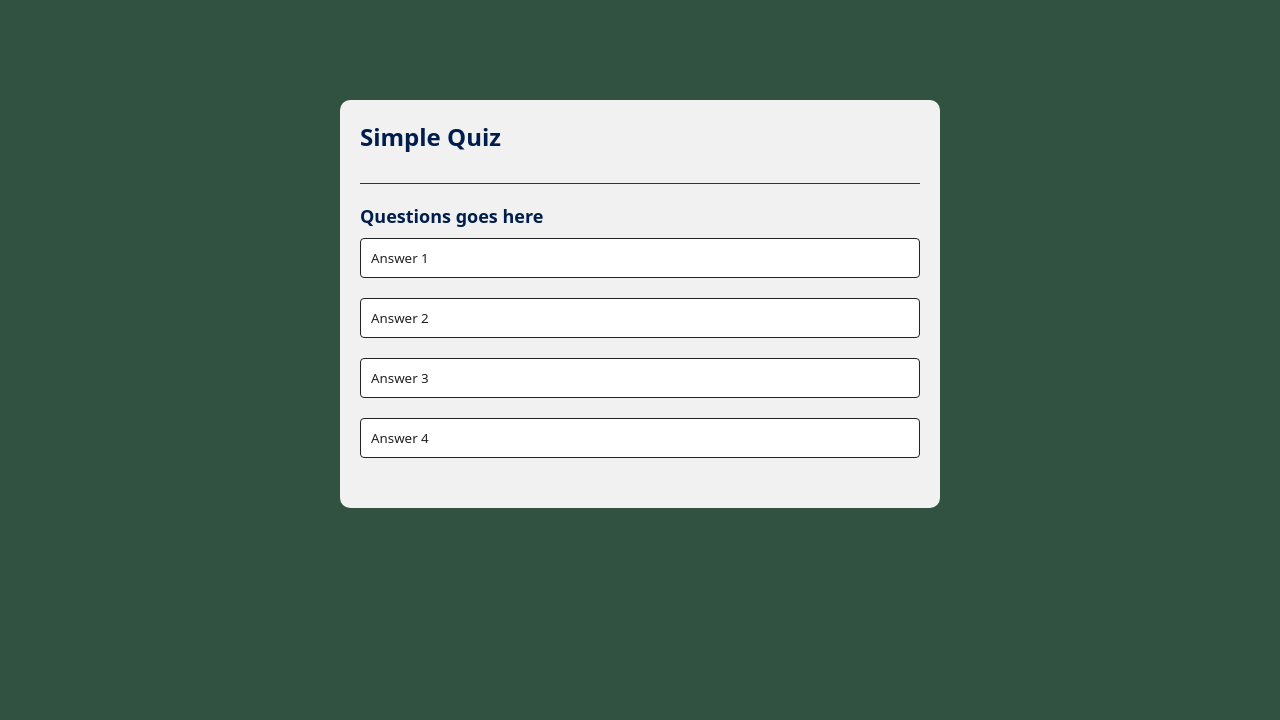
Repository: VickyJacob23/Quiz-App
Page: index.html
The author's editor kept a copy of each file at every save. The page is drawn from the files as they stood at one save, then again after the next save.
The browser window is 1280 px wide. The pictures show the whole page.

Above is the page before, as saved 2024-08-05 16:40:27.
Console error: ReferenceError: getElementById is not defined

After the next save:
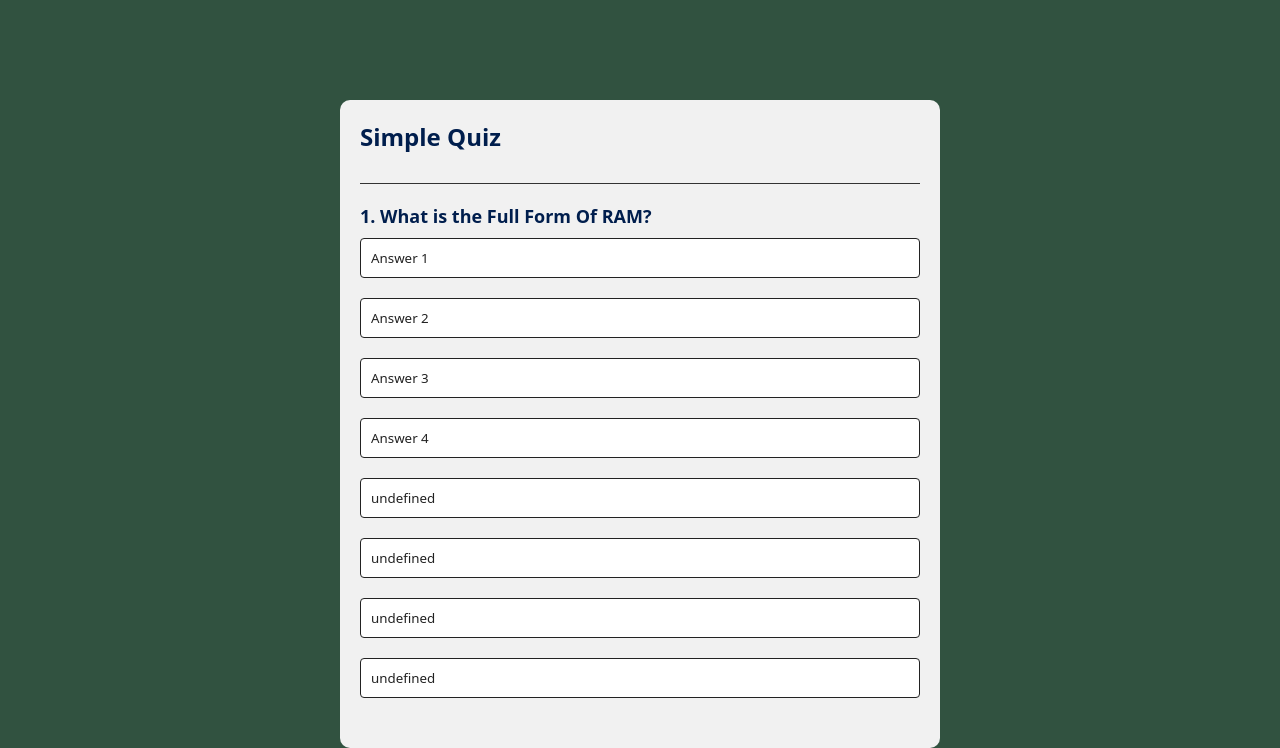
The error is gone.
Saved 113 s later.
--- a/script.js
+++ b/script.js
@@ -64,9 +64,9 @@ let questions = [
 ];
 
 //invoking the id from the html element
-const questionEl  = getElementById("question");
-const answerButtonsEl = getElementById("answer-buttons");
-const nextButtonEl = getElementById('next-btn');
+const questionEl = document.getElementById("question");
+const answerButtonsEl = document.getElementById("answer-buttons");
+const nextButtonEl = document.getElementById("next-btn");
 
 
 //setting the score and the question to zero by default
